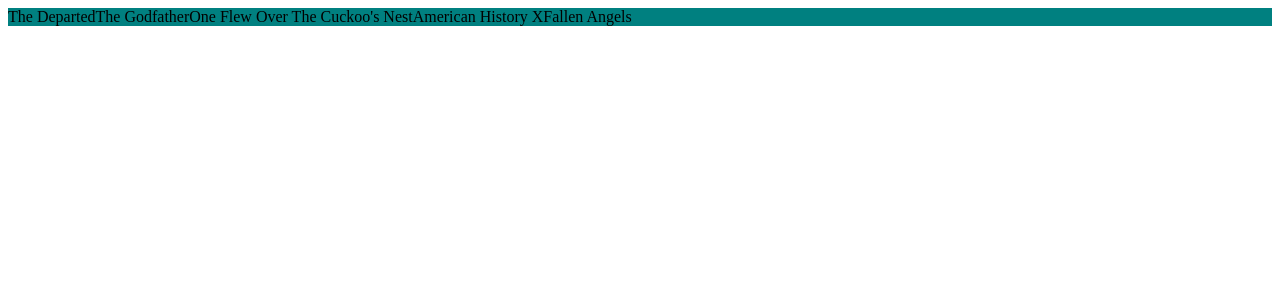
Repository: nishit47/merofilmrecs
Page: web_dev/tiles.html
The author's editor kept a copy of each file at every save. The page is drawn from the files as they stood at one save, then again after the next save.
The browser window is 1280 px wide. The pictures show the whole page.

Above is the page before, as saved 2021-10-06 15:03:02.

### web_dev/tiles.html
<!DOCTYPE html>
<html lang="en">
<head>
    <meta charset="UTF-8">
    <meta http-equiv="X-UA-Compatible" content="IE=edge">
    <meta name="viewport" content="width=device-width, initial-scale=1.0">
    <title>tiles</title>
</head>

<style>
    .movietiles{
        background-color: teal;
        display: flex;
    }
    #movieitem{

    }
</style>
<body>
    <div class="movietiles">
        <div class="movieitem"id="movie1">The Departed</div>
        <div class="movieitem"id="movie2">The Godfather</div>
        <div class="movieitem"id="movie3">One Flew Over The Cuckoo's Nest</div>
        <div class="movieitem"id="movie4">American History X</div>
        <div class="movieitem" id="movie5">Fallen Angels</div>
    </div>

</body>
</html>

After the next save:
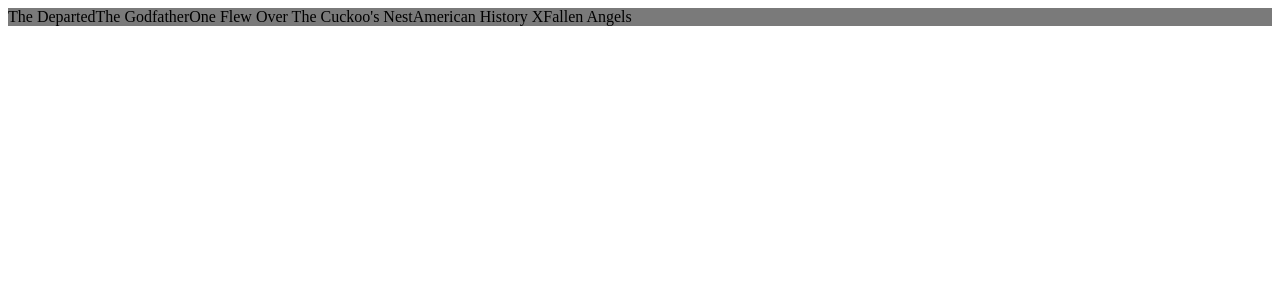
Saved 11 s later.
--- a/web_dev/tiles.html
+++ b/web_dev/tiles.html
@@ -9,7 +9,7 @@
 
 <style>
     .movietiles{
-        background-color: teal;
+        background-color: rgb(122, 122, 122);
         display: flex;
     }
     #movieitem{
